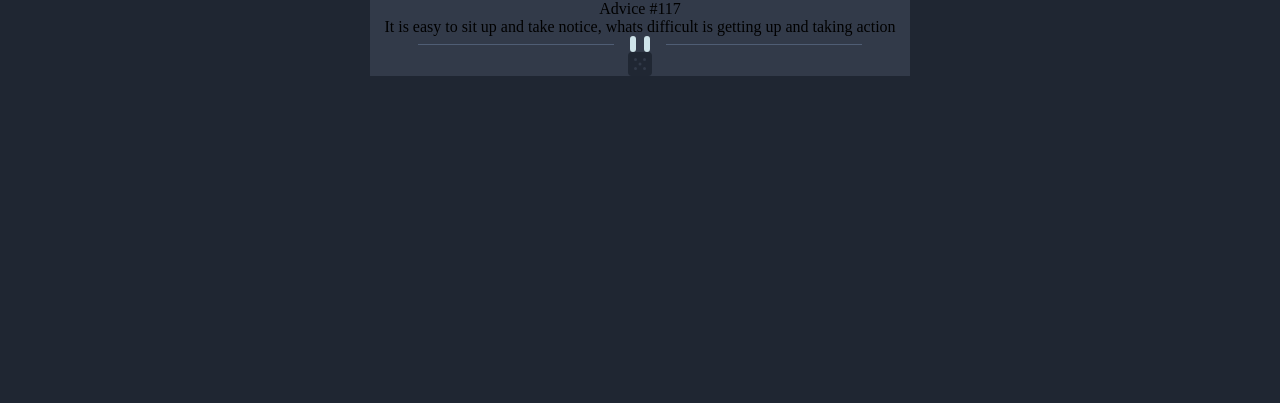
Repository: Arkitecth/advice-generator
Page: index.html
These files come from the project's save history. The page is drawn as it stood at one moment and after the next save; the edit follows.
The browser window is 1280 px wide. The pictures show the whole page.

Above is the page before, as saved 2023-07-12 17:20:38.

### index.html
<!DOCTYPE html>
<html lang="en">
<head>
  <meta charset="UTF-8">
  <meta name="viewport" content="width=device-width, initial-scale=1.0"> <!-- displays site properly based on user's device -->

  <link rel="icon" type="image/png" sizes="32x32" href="./images/favicon-32x32.png">
  <link rel="stylesheet" href="style.css">
  <title>Advice generator app</title>

</head>
<body>
  <div class="container">
    <p>Advice <span class="advice-num">#117</span></p>
    <p>It is easy to sit up and take notice, whats difficult is getting up and taking action</p>
    <img src="images/pattern-divider-desktop.svg" alt="pattern-divider-desktop">
    <img src="images/icon-dice.svg" alt="dice-icon">
  </div>
</body>
</html>

### style.css
:root {
    --dark-blue: hsl(218, 23%, 16%);
    --dark-grayish-blue:hsl(217, 19%, 24%);
    --light-cyan:  hsl(193, 38%, 86%);
    --neon-green:hsl(150, 100%, 66%);
    --grayish-blue:hsl(217, 19%, 38%);
}
* {
    margin: 0;
    padding:0;
    box-sizing: border-box;
}
@import url('https://fonts.googleapis.com/css2?family=Manrope:wght@800&display=swap');


body {
    background-color: var(--dark-blue);
}

.container {
    margin: 0 auto;
    background-color: var(--dark-grayish-blue);
    max-width: 540px;
    height: ;
    display: flex;
    flex-direction: column;
    align-items: center;
    text-align: center;
}

After the next save:
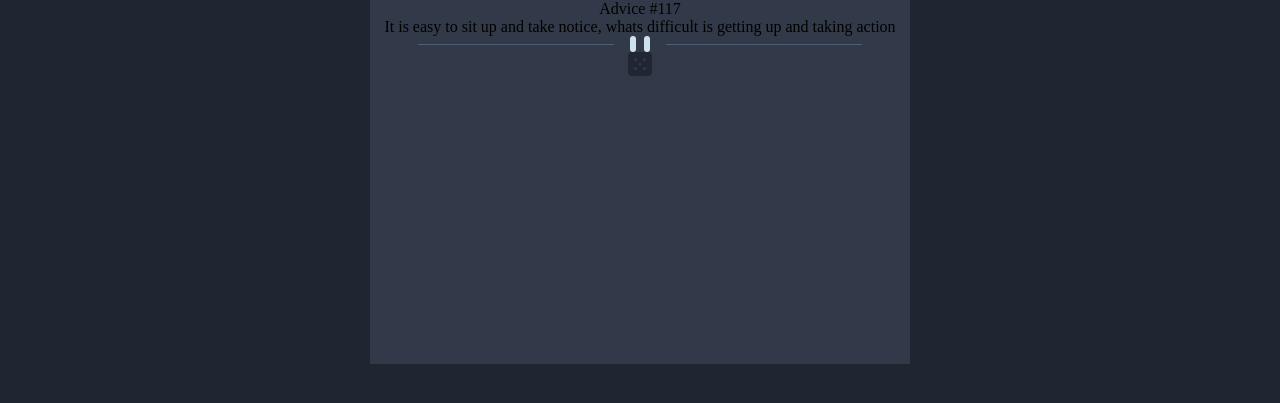
Saved 22 s later.
--- a/style.css
+++ b/style.css
@@ -21,7 +21,7 @@
     margin: 0 auto;
     background-color: var(--dark-grayish-blue);
     max-width: 540px;
-    height: ;
+    height: 364px;
     display: flex;
     flex-direction: column;
     align-items: center;

After the save that followed:
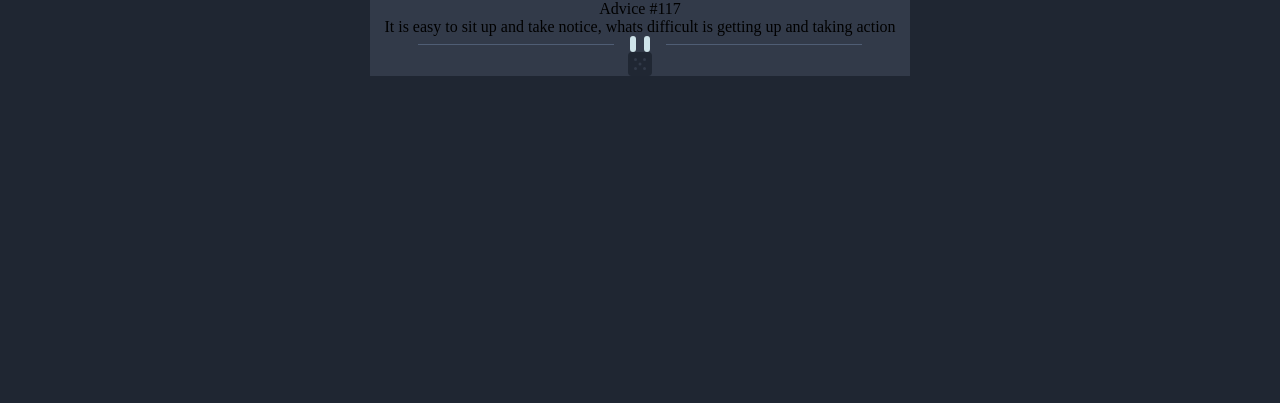
Saved 6 s later.
--- a/style.css
+++ b/style.css
@@ -21,7 +21,7 @@
     margin: 0 auto;
     background-color: var(--dark-grayish-blue);
     max-width: 540px;
-    height: 364px;
+    height: ;
     display: flex;
     flex-direction: column;
     align-items: center;
